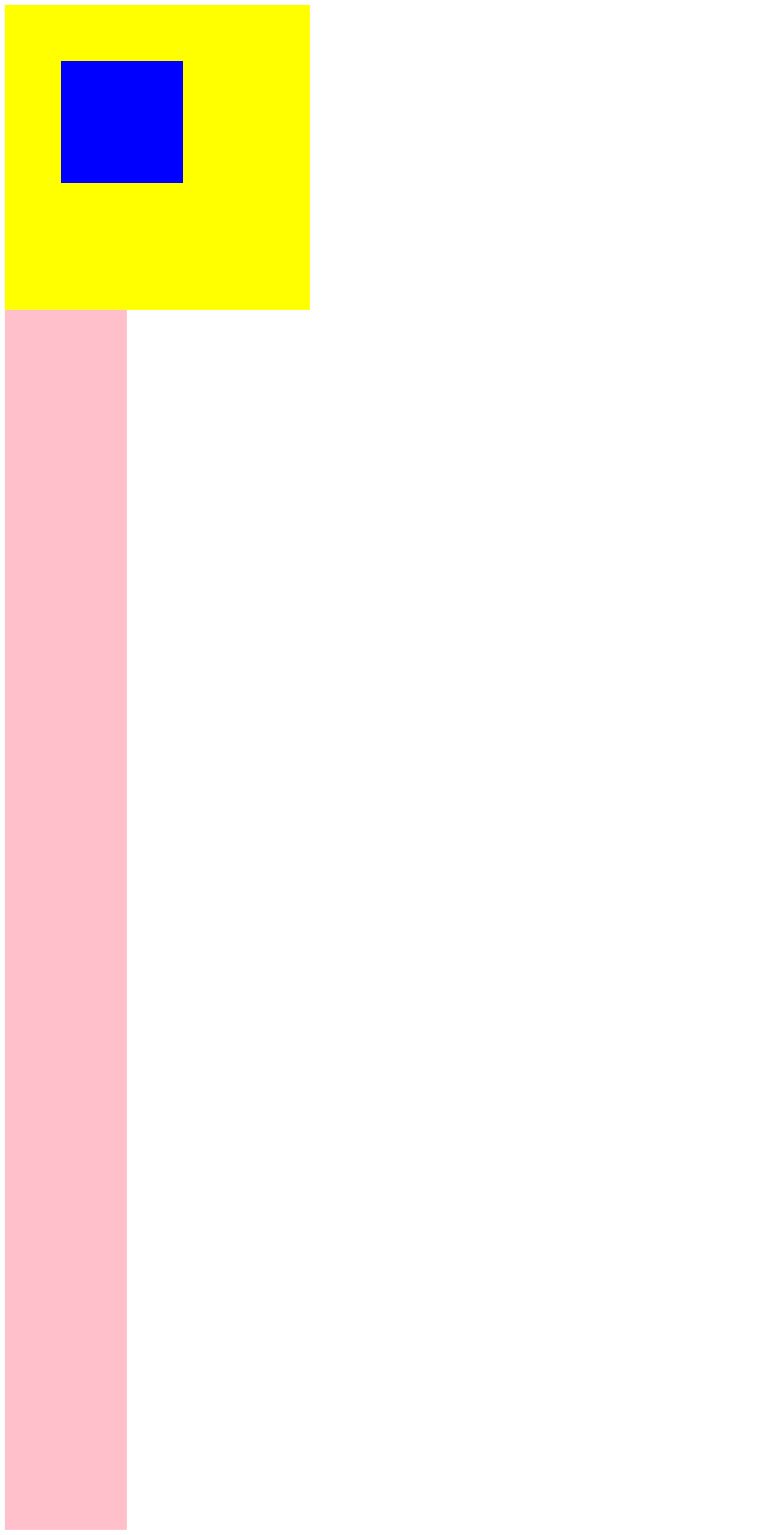
Repository: hminah0215/bitcamp
Page: http://localhost/day0218/exam02/ex16.jsp
These files come from the project's save history. The page is drawn as it stood at one moment and after the next save; the edit follows.
The browser window is 1280 px wide. The pictures show the whole page, at 61% of full size.
The page is served by Tomcat 9.

Above is the page before, as saved 2020-02-18 02:10:21.

### save_eclipse/day0218/WebContent/exam02/ex16.jsp
<%@ page language="java" contentType="text/html; charset=UTF-8"
    pageEncoding="UTF-8"%>
<!DOCTYPE html>
<html>
<head>
<meta charset="UTF-8">
<title>Insert title here</title>
<style type="text/css">
	#parent{width: 500px; height: 500px; background: yellow;}

	#child{width: 200px; height: 200px; background: blue; position: fixed;
			left: 100px; top: 100px;}

	#other{width: 200px; height: 2000px; background: pink;}
</style>
</head>
<body>
	<div id="parent">
		<div id="child"></div>
	</div>
	<div id="other"></div>
</body>
</html>

After the next save:
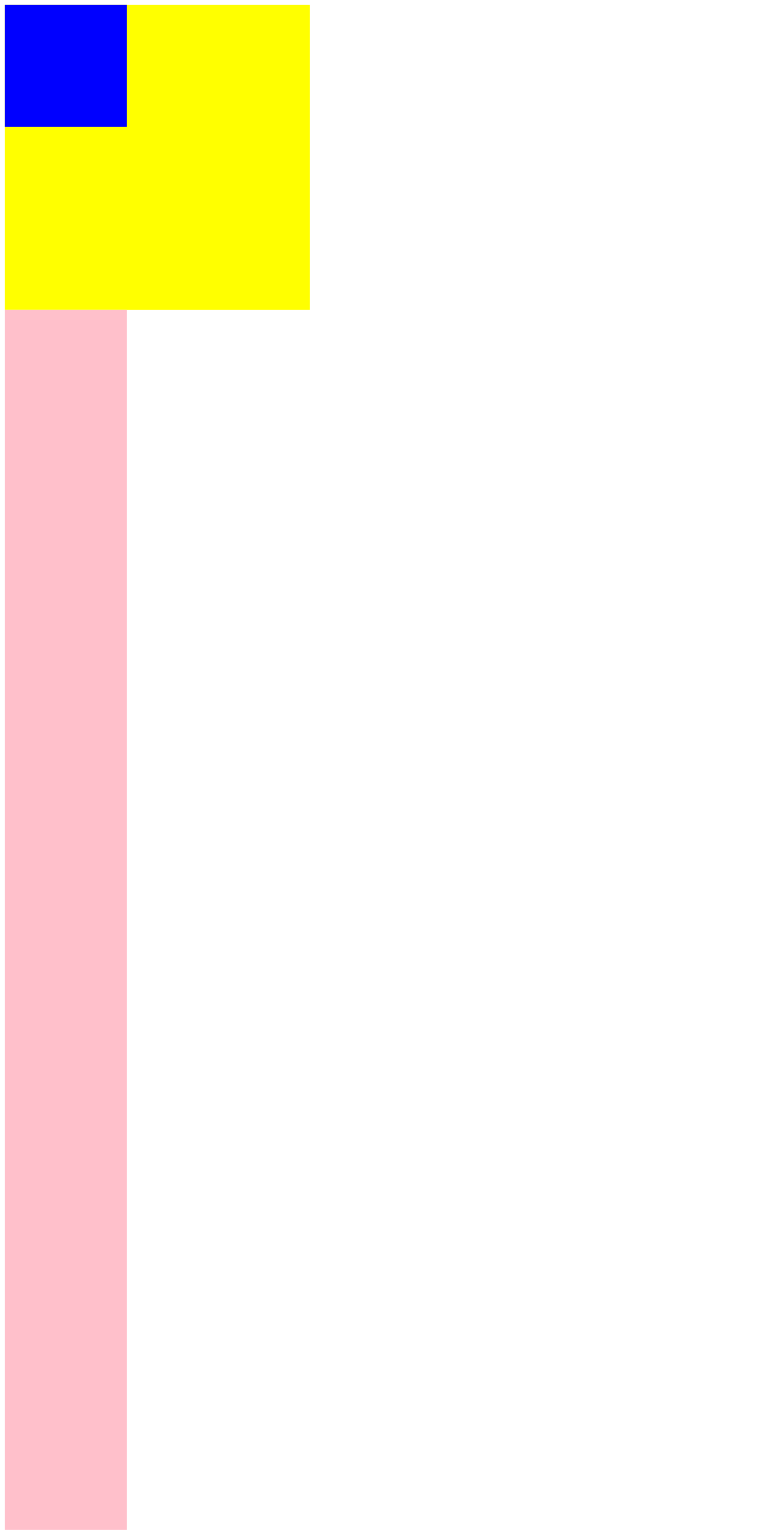
Saved 19 s later.
--- a/save_eclipse/day0218/WebContent/exam02/ex16.jsp
+++ b/save_eclipse/day0218/WebContent/exam02/ex16.jsp
@@ -9,7 +9,7 @@
 	#parent{width: 500px; height: 500px; background: yellow;}
 
 	#child{width: 200px; height: 200px; background: blue; position: fixed;
-			left: 100px; top: 100px;}
+			}
 
 	#other{width: 200px; height: 2000px; background: pink;}
 </style>
